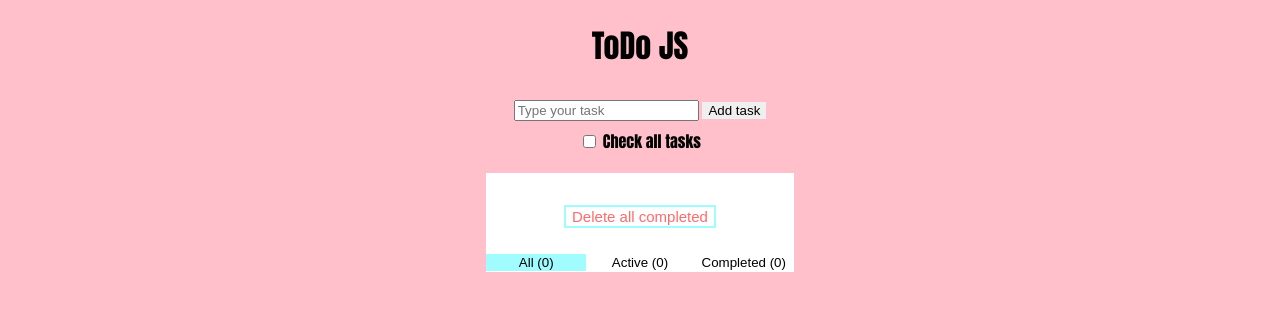
Repository: mklyagin/klyagin_todojs
Page: index.html
The author's editor kept a copy of each file at every save. The page is drawn from the files as they stood at one save, then again after a run of saves.
The browser window is 1280 px wide. The pictures show the whole page.

Above is the page before, as saved 2024-02-27 17:57:33.

After the next 2 saves:
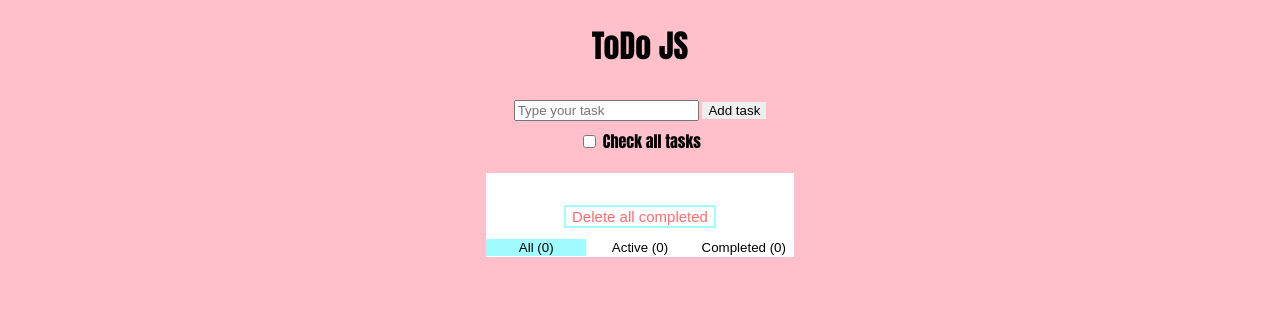
The 2 saves are shown as one change because they came seconds apart.
The last was saved 14 s later.
--- a/style.css
+++ b/style.css
@@ -74,7 +74,7 @@ li {
 #delete-all-completed-button {
   color: rgb(255, 106, 106);
   font-size: 15px;
-  margin-bottom: 20px;
+  margin-bottom: 5px;
   border: 2px solid #a1fcff;
 }
 
